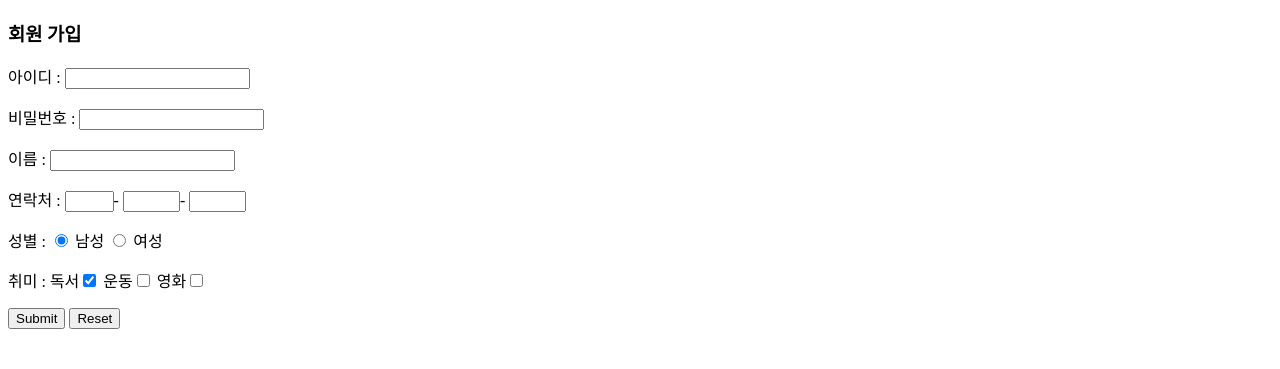
Repository: freedomseok8047/jsp
Page: http://localhost/JSPBook/ch06/form01.jsp
An editor plug-in stored every save of this project. The page is shown before and after the next save, followed by the edit.
The browser window is 1280 px wide. The pictures show the whole page.
The page is served by Tomcat 9. Other server files are loaded and not shown.

Above is the page before, as saved 2023-08-25 06:48:19.

### JSPBook/src/main/webapp/ch06/form01.jsp
<%@ page language="java" contentType="text/html; charset=UTF-8"
	pageEncoding="UTF-8"%>
<!DOCTYPE html>
<html>
<head>
<meta charset="UTF-8">
<title>Insert title here</title>
</head>
<body>
	<h3>회원 가입</h3>
	<form action="#" name="member" method="post">
		<p>
			아이디 : <input type="text" name="id">
		<p>
			비밀번호 : <input type="password" name="pw">
		<p>
			이름 : <input type="text" name="name">
		<p>
			연락처 : <input type="text" maxlength="3" size="3" name="phone1">-
			<input type="text" maxlength="4" size="4" name="phone2">- <input
				type="text" maxlength="4" size="4" name="phone3">
		<p>
			성별 : <input type="radio" name="sex" value="남성" checked> 남성 <input
				type="radio" name="sex" valeu="여성"> 여성
		</p>
		<p>
			취미 : 독서<input type="checkbox" name="hobby1" checked>
				  운동<input type="checkbox" name="hobby2">
				  영화<input type="checkbox" name="hobby3">
		<p>
			<input type="submit" name="가입하기"> <input type="reset"
				name="다시 쓰기">
	</form>
</body>
</html>

After the next save:
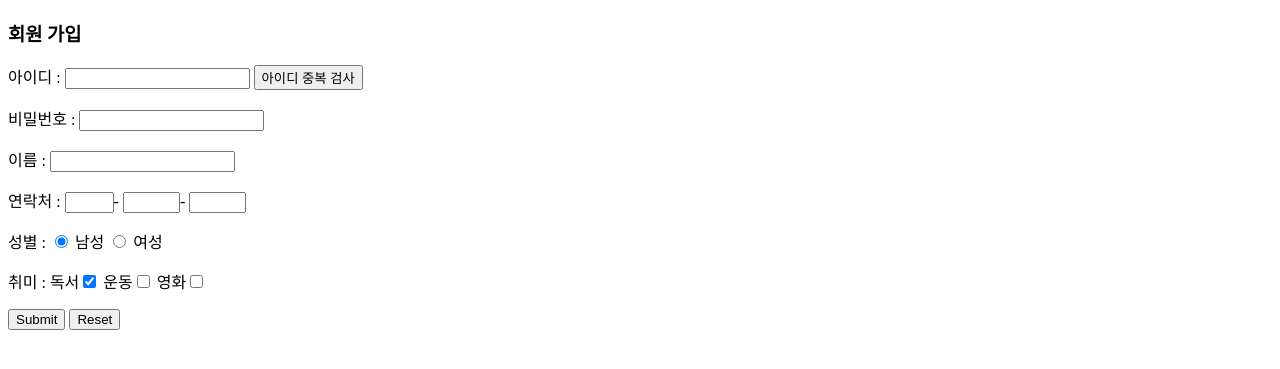
Saved 67 s later.
--- a/JSPBook/src/main/webapp/ch06/form01.jsp
+++ b/JSPBook/src/main/webapp/ch06/form01.jsp
@@ -11,6 +11,7 @@
 	<form action="#" name="member" method="post">
 		<p>
 			아이디 : <input type="text" name="id">
+					<input type="button" value="아이디 중복 검사">
 		<p>
 			비밀번호 : <input type="password" name="pw">
 		<p>
